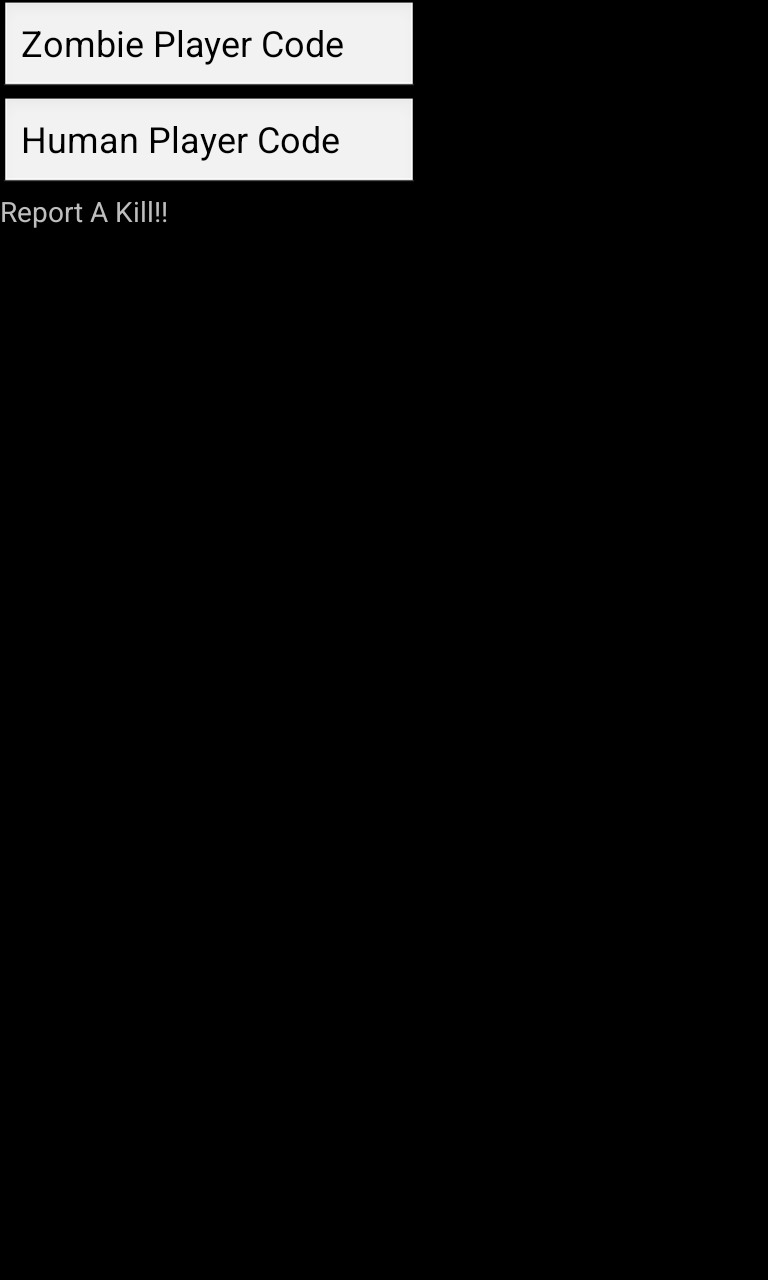
Repository: rolsen/HvZ
Layout: HvZ_phone/res/layout/report.xml
These files come from the project's save history. The layout is drawn as it stood at one moment and after the next save; the edit follows.
It is drawn on a 768 x 1280 px phone screen (xhdpi) without system bars, with theme android:Theme; the app's code is not run.

Above is the layout before, as saved 2011-11-06 23:33:39.

### HvZ_phone/res/layout/report.xml
<?xml version="1.0" encoding="utf-8"?>
<LinearLayout xmlns:android="http://schemas.android.com/apk/res/android"
    android:layout_width="match_parent"
    android:layout_height="match_parent"
    android:orientation="vertical" >

    <EditText
        android:id="@+id/zombie"
        android:layout_width="209dp"
        android:layout_height="wrap_content"
        android:inputType="number"
        android:text="@string/zombie_label" />

    <EditText
        android:id="@+id/human"
        android:layout_width="209dp"
        android:layout_height="wrap_content"
        android:inputType="number"
        android:text="@string/human_label" />

    <TextView
        android:layout_width="match_parent"
        android:layout_height="match_parent"
        android:text="Report A Kill!!" />

</LinearLayout>

### HvZ_phone/res/values/strings.xml
<?xml version="1.0" encoding="utf-8"?>
<resources>

    <string name="hello">Humans Versus Zombies Android Application</string>
    <string name="app_name">HvZ</string>
    <string name="menu_text">Function call to get player list here!</string>
    <string name="menu_title">Player List Menu Title</string>
    <string name="players">Player List</string>
    <string name="zombie_label">Zombie Player Code</string>
    <string name="human_label">Human Player Code</string>

</resources>

After the next save:
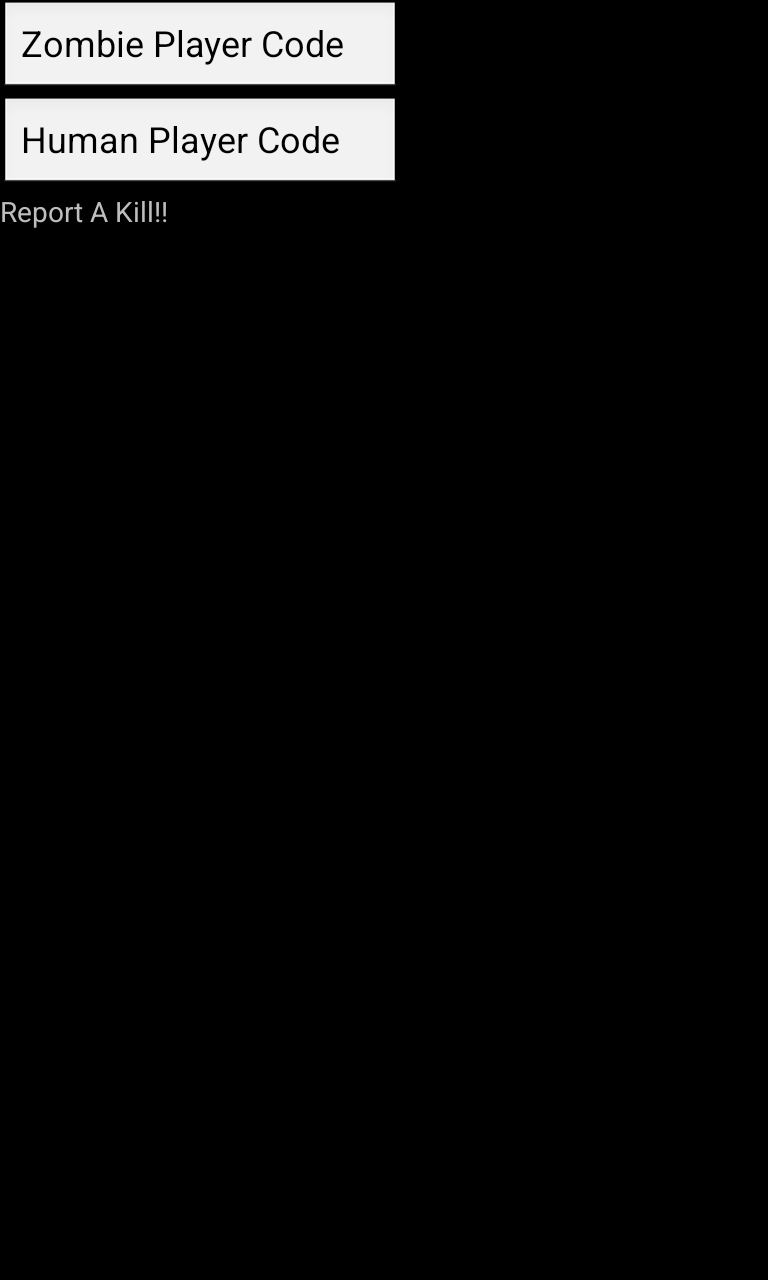
Saved 13 s later.
--- a/HvZ_phone/res/layout/report.xml
+++ b/HvZ_phone/res/layout/report.xml
@@ -6,14 +6,14 @@
 
     <EditText
         android:id="@+id/zombie"
-        android:layout_width="209dp"
+        android:layout_width="200dp"
         android:layout_height="wrap_content"
         android:inputType="number"
         android:text="@string/zombie_label" />
 
     <EditText
         android:id="@+id/human"
-        android:layout_width="209dp"
+        android:layout_width="200dp"
         android:layout_height="wrap_content"
         android:inputType="number"
         android:text="@string/human_label" />
